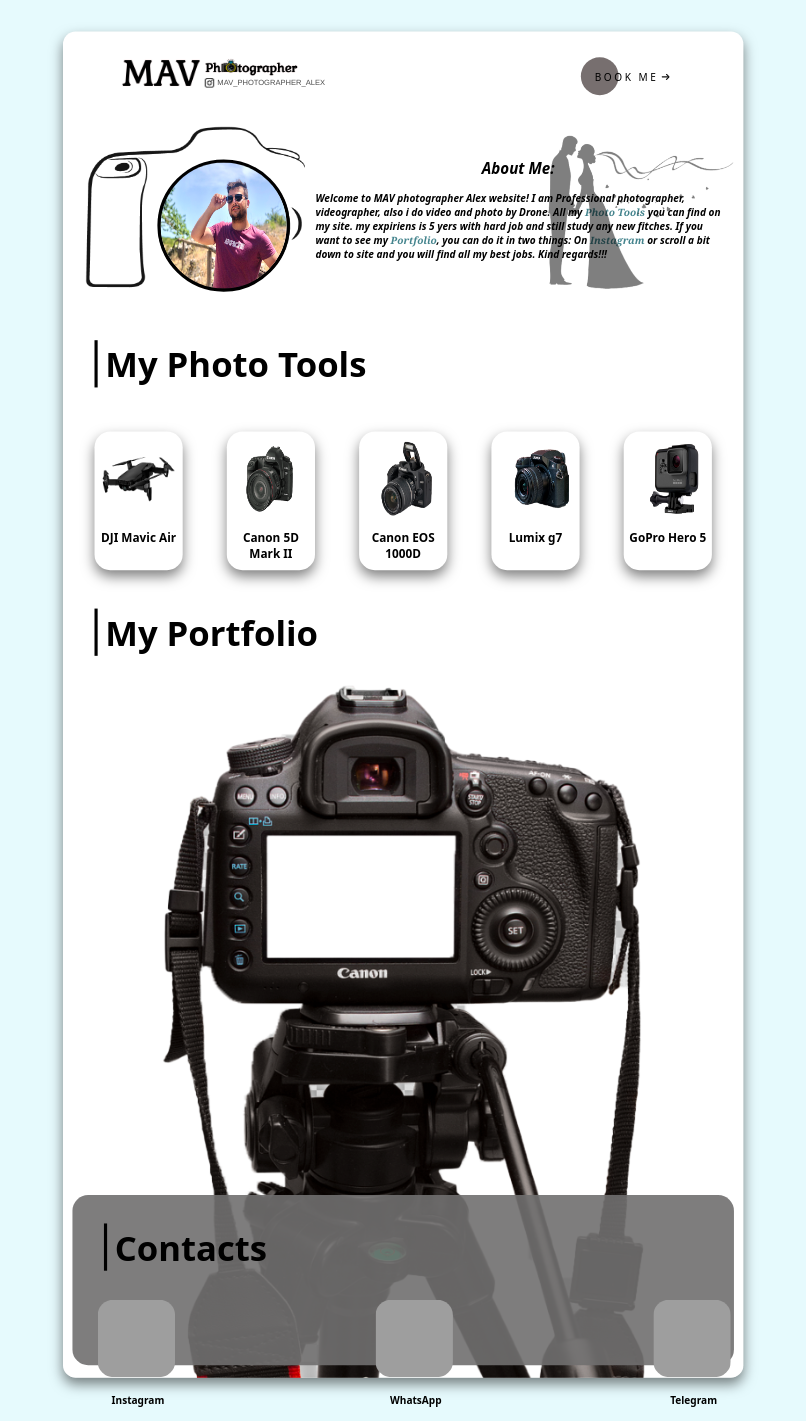
Repository: Dekabrist94/MAV
Page: /
The author's editor kept a copy of each file at every save. The page is drawn from the files as they stood at one save, then again after a run of saves.
The browser window is 1280 px wide. The pictures show the whole page, at 63% of full size.
Pictures or frames that could not be fetched are drawn as grey boxes. The project was rebuilt for these pictures with package versions that can differ from the ones it lists, and the page was loaded fresh each time.

Above is the page before, as saved 2023-03-11 18:01:50.

After the next 3 saves:
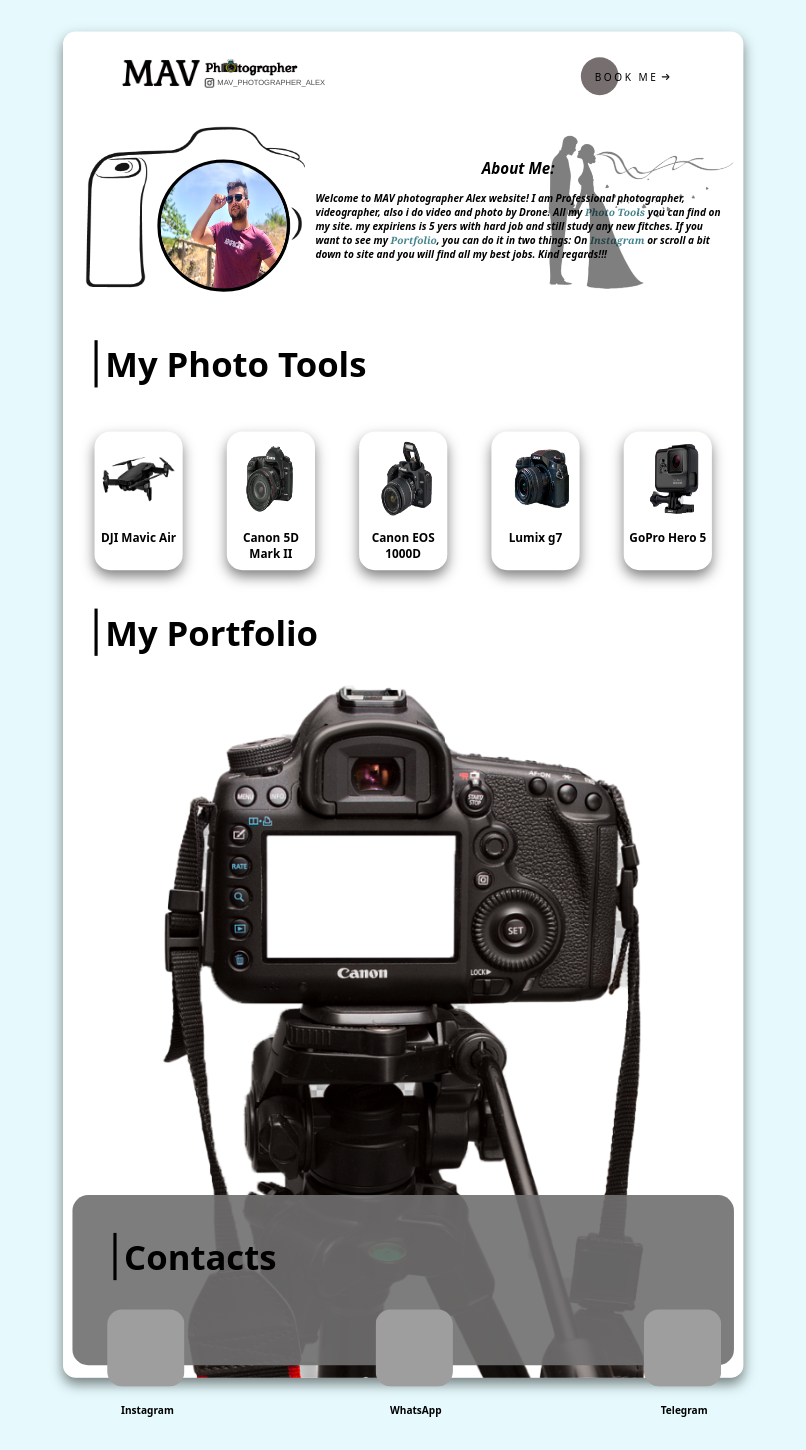
The 3 saves are shown as one change because they came seconds apart.
The last was saved 12 s later.
--- a/src/index.scss
+++ b/src/index.scss
@@ -180,7 +180,7 @@
 }
 
 .qr {
-  padding: 0px;
+  padding: 15px;
 }
 
 .contacts {
